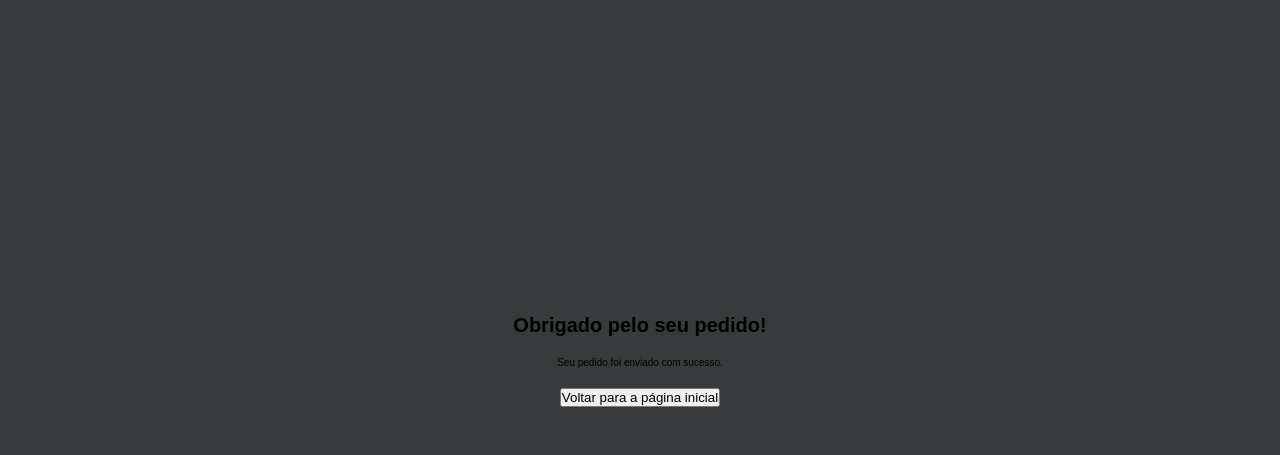
Repository: Marinalr-25/Projeto-Aparelhos-de-Academia
Page: thanks.html
The author's editor kept a copy of each file at every save. The page is drawn from the files as they stood at one save, then again after the next save.
The browser window is 1280 px wide. The pictures show the whole page.

Above is the page before, as saved 2025-01-14 14:14:12.

After the next save:
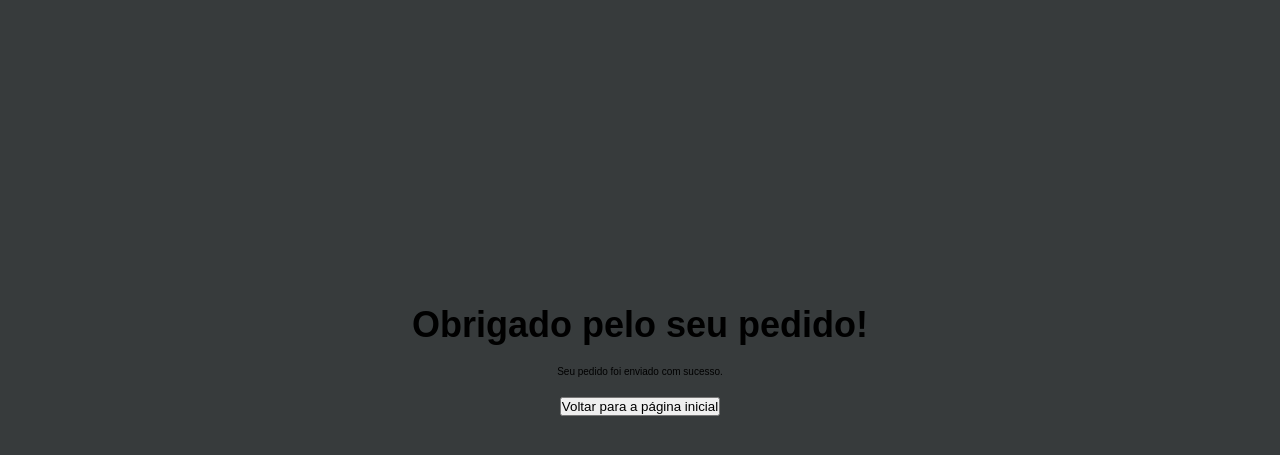
Saved 10 s later.
--- a/css/thanks.css
+++ b/css/thanks.css
@@ -18,3 +18,7 @@ body {
   gap: 2rem;
   height: 100svh;
 }
+
+.h1 {
+  font-size: 3.6rem;
+}
